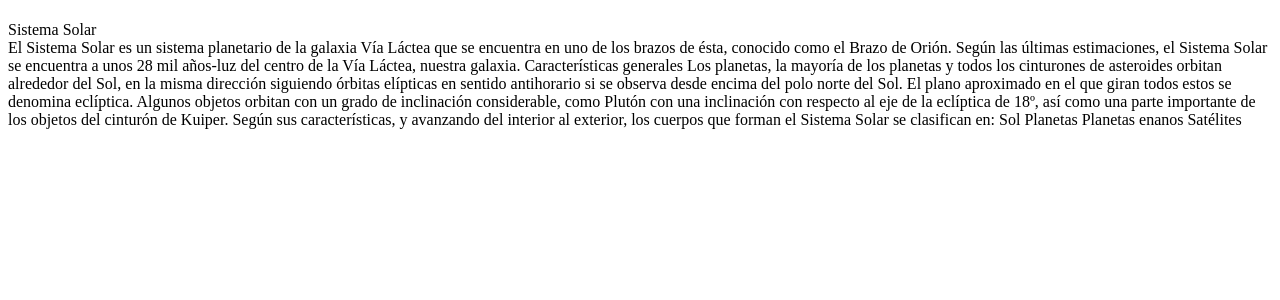
Repository: gustavomanfre/Curso_Front_End_Digitalers
Page: Unidad1/M1 - Laboratorio_02/index.html
An editor plug-in stored every save of this project. The page is shown before and after a run of saves, followed by the edit.
The browser window is 1280 px wide. The pictures show the whole page.

Above is the page before, as saved 2022-05-25 20:55:07.

### Unidad1/M1 - Laboratorio_02/index.html
<!DOCTYPE html>
<html lang="en">
<head>
    <meta charset="UTF-8">
    <meta http-equiv="X-UA-Compatible" content="IE=edge">
    <meta name="viewport" content="width=device-width, initial-scale=1.0">
    <title>Laboratorio2</title>
</head>
<body>
    <header> <h1></h1> Sistema Solar</header>

El Sistema Solar es un sistema planetario de la galaxia Vía Láctea que se encuentra en uno de los brazos de ésta, conocido como
el Brazo de Orión.
Según las últimas estimaciones, el Sistema Solar se encuentra a unos 28 mil años-luz del centro de la Vía Láctea, nuestra galaxia.
Características generales
Los planetas, la mayoría de los planetas y todos los cinturones de asteroides orbitan alrededor del Sol, en la misma dirección
siguiendo órbitas elípticas en sentido antihorario si se observa desde encima del polo norte del Sol.
El plano aproximado en el que giran todos estos se denomina eclíptica. Algunos objetos orbitan con un grado de inclinación
considerable, como Plutón con una inclinación con respecto al eje de la eclíptica de 18º, así como una parte importante de los
objetos del cinturón de Kuiper. Según sus características, y avanzando del interior al exterior, los cuerpos que forman el Sistema
Solar se clasifican en:
Sol
Planetas
Planetas enanos
Satélites


</body>
</html>

After the next 2 saves:
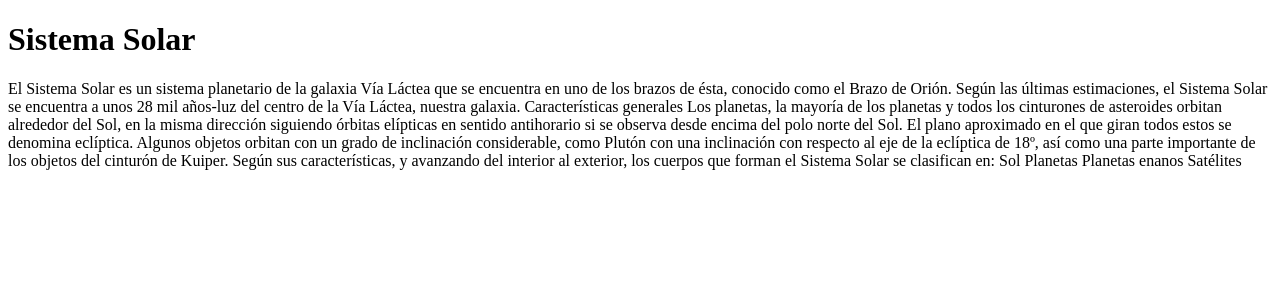
The 2 saves are shown as one change because they came seconds apart.
The last was saved 7 s later.
--- a/Unidad1/M1 - Laboratorio_02/index.html
+++ b/Unidad1/M1 - Laboratorio_02/index.html
@@ -7,7 +7,7 @@
     <title>Laboratorio2</title>
 </head>
 <body>
-    <header> <h1></h1> Sistema Solar</header>
+    <header> <h1>Sistema Solar</h1> </header>
 
 El Sistema Solar es un sistema planetario de la galaxia Vía Láctea que se encuentra en uno de los brazos de ésta, conocido como
 el Brazo de Orión.
